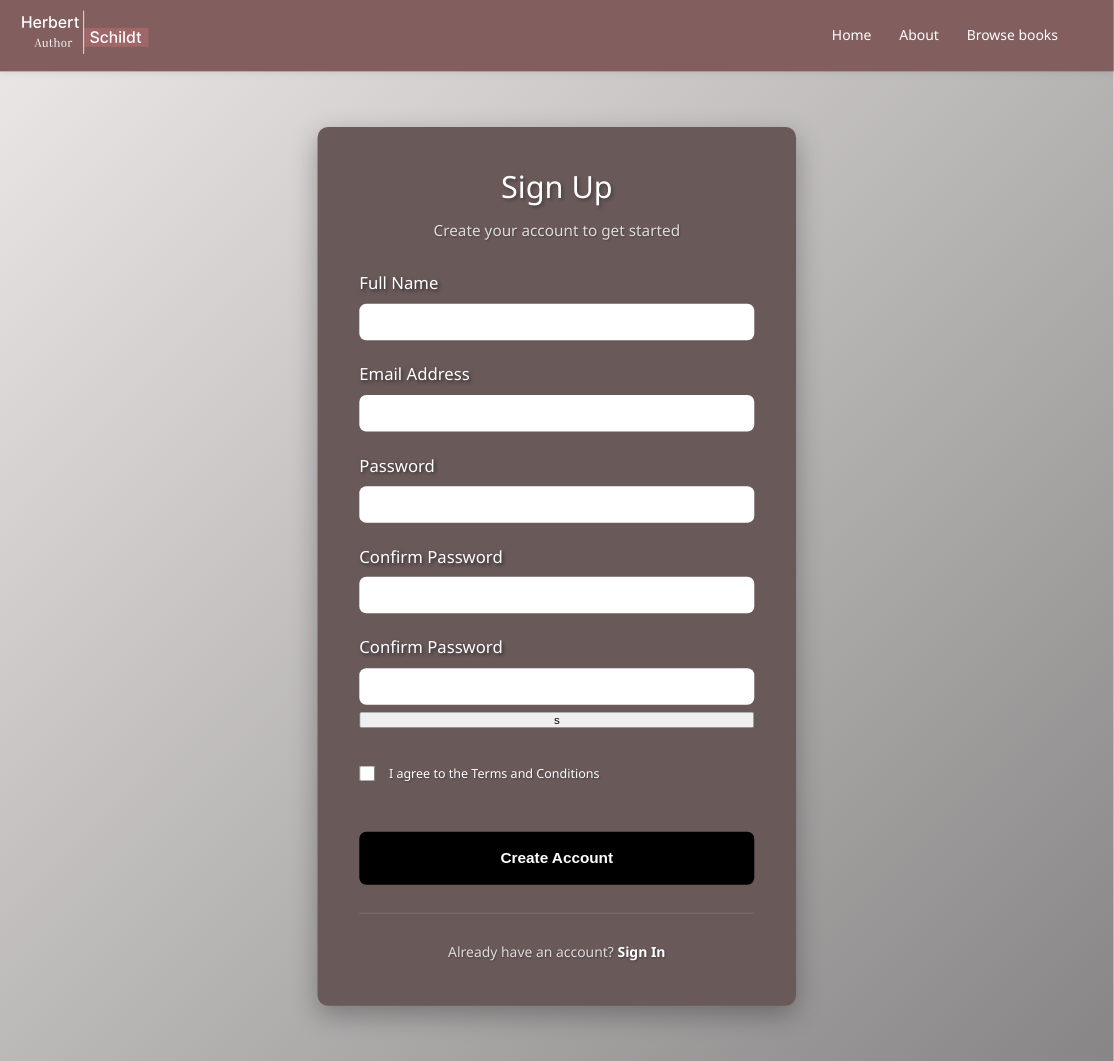
Repository: Darkrepo23/Author-Website-
Page: pages/signup.html
These files come from the project's save history. The page is drawn as it stood at one moment and after the next save; the edit follows.
The browser window is 1280 px wide. The pictures show the whole page, at 87% of full size.

Above is the page before, as saved 2025-09-23 12:55:27.
Console error: SyntaxError: Unexpected token ':'

### pages/signup.html
<!DOCTYPE html>
<html lang="en">

<head>
    <meta charset="UTF-8">
    <meta name="viewport" content="width=device-width, initial-scale=1.0">
    <title>Sign Up - Herbert Schildt</title>
    <link rel="stylesheet" href="../css/styles.css">
    <link rel="stylesheet" href="../css/login.css">
    <link href="https://cdnjs.cloudflare.com/ajax/libs/font-awesome/6.0.0/css/all.min.css" rel="stylesheet">
</head>

<body>
    <!-- Header -->
    <header class="header">
        <div class="header-left">
            <div class="logo">
                <img src="../img/logo-white.svg" alt="Herbert Schildt Logo" class="logo-image">
            </div>
        </div>
        <nav class="nav">
            <a href="../index.html" class="nav-link">Home</a>
            <a href="About/about.html" class="nav-link">About</a>
            <a href="../browse-book.html" class="nav-link">Browse books</a>
        </nav>
    </header>

    <!-- Main Content -->
    <main class="main-content">
        <div class="login-container">
            <div class="login-card">
                <h2 class="login-title">Sign Up</h2>
                <p class="login-subtitle">Create your account to get started</p>

                <form class="login-form" id="signupForm">
                    <div class="form-group">
                        <label for="fullName">Full Name</label>
                        <input type="text" id="fullName" name="fullName" required>
                    </div>

                    <div class="form-group">
                        <label for="email">Email Address</label>
                        <input type="email" id="email" name="email" required>
                    </div>

                    <div class="form-group">
                        <label for="password">Password</label>
                        <input type="password" id="password" name="password" required>
                    </div>

                    <div class="form-group">
                        <label for="confirmPassword">Confirm Password</label>
                        <input type="password" id="confirmPassword" name="confirmPassword" required>
                    </div>

                    <div class="form-group">
                        <label for="OTP-confirmation">Confirm Password</label>
                        <input type="password" id="OTP-confirmation" name="confirmPassword" required>
                        <button>s</button>
                    </div>

                    <div class="form-options">
                        <label class="checkbox-label">
                            <input type="checkbox" id="agree" name="agree" required>
                            <span class="checkmark"></span>
                            I agree to the Terms and Conditions
                        </label>
                    </div>

                    <button type="submit" class="login-btn">Create Account</button>
                </form>

                <div class="signup-link">
                    <p>Already have an account? <a href="login.html">Sign In</a></p>
                </div>
            </div>
        </div>
    </main>

    <script src="../js/signup.js"></script>
    <script>
        // localStorage.removeItem('users')

    </script>
</body>

</html>

### css/styles.css
/* Reset and Base Styles */
* {
    margin: 0;
    padding: 0;
    box-sizing: border-box;
}

body {
    font-family: 'Segoe UI', Tahoma, Geneva, Verdana, sans-serif;
    line-height: 1.6;
    color: #333;
    background: linear-gradient(135deg, #EDE9E9, #878585);
}

/* Header Styles */
.header {
    background: #825E5E;
    color: white;
    padding: 1rem 2rem;
    display: flex;
    align-items: center;
    box-shadow: 0 2px 10px rgba(0,0,0,0.1);
}

.header-left .logo {
    display: flex;
    align-items: center;
    gap: 0.1rem;
    margin-left: -0.5rem;
    transform: translateY(-0.25rem);
}

.logo-image {
    height: 50px;
    width: auto;
    object-fit: contain;
}

.logo-left {
    display: flex;
    flex-direction: column;
    align-items: center;
}

.logo-left h1 {
    font-size: 1rem;
    font-weight: bold;
    margin: 0;
    transform: translateY(0.1rem);
}

.logo-left span {
    font-size: 0.6rem;
    opacity: 0.8;
    margin: 0;
    margin-left: 0;
    transform: translateY(0);
    text-align: center;
}

.logo-separator {
    font-size: 1.1rem;
    font-weight: 300;
    opacity: 0.7;
    margin: 0 0.1rem;
    transform: scaleY(2.5);
}

.logo-right h2 {
    font-size: 1rem;
    font-weight: bold;
    margin: 0;
    background: #B8860B;
    padding: 0.1rem 0.3rem;
    border-radius: 4px;
    transform: translateY(0.8rem);
}

.nav {
    display: flex;
    gap: 2rem;
    margin-left: auto;
    margin-right: 2rem;
}

.nav-link {
    color: white;
    text-decoration: none;
    font-weight: 500;
    transition: opacity 0.3s;
}

.nav-link:hover {
    opacity: 0.8;
}

.header-right {
    display: flex;
    align-items: center;
    gap: 2rem;
}

.cart-icon {
    position: relative;
    cursor: pointer;
    font-size: 1.5rem;
    transition: transform 0.3s;
}

.cart-icon:hover {
    transform: scale(1.1);
}

.cart-count {
    position: absolute;
    top: -8px;
    right: -8px;
    background: #dc3545;
    color: white;
    border-radius: 50%;
    width: 20px;
    height: 20px;
    display: flex;
    align-items: center;
    justify-content: center;
    font-size: 0.8rem;
    font-weight: bold;
}

.user-profile {
    display: flex;
    align-items: center;
    gap: 1rem;
}

.user-avatar {
    width: 40px;
    height: 40px;
    background: rgba(255,255,255,0.2);
    border-radius: 50%;
    display: flex;
    align-items: center;
    justify-content: center;
    font-size: 1.2rem;
}

.user-info {
    display: flex;
    flex-direction: column;
}

.user-name {
    font-weight: 600;
    font-size: 0.9rem;
}

.user-status {
    font-size: 0.8rem;
    opacity: 0.8;
}

/* Main Content Styles */
.main-content {
    max-width: 1200px;
    margin: 0 auto;
    padding: 2rem;
}

.section-title {
    font-size: 2.5rem;
    font-weight: bold;
    text-align: center;
    margin-bottom: 1rem;
    color: #2c3e50;
}

.section-description {
    text-align: center;
    font-size: 1.1rem;
    color: #666;
    margin-bottom: 2rem;
    max-width: 600px;
    margin-left: auto;
    margin-right: auto;
}

/* Browse Section */
.browse-section {
    text-align: center;
    margin-bottom: 4rem;
}

.search-container {
    display: flex;
    justify-content: center;
    gap: 0.5rem;
    max-width: 500px;
    margin: 0 auto;
}

.search-input {
    flex: 1;
    padding: 1rem;
    border: 2px solid #ddd;
    border-radius: 8px;
    font-size: 1rem;
    outline: none;
    transition: border-color 0.3s;
}

.search-input:focus {
    border-color: #8B4513;
}

.search-btn {
    background: #dc3545;
    color: white;
    border: none;
    padding: 1rem 1.5rem;
    border-radius: 8px;
    cursor: pointer;
    font-size: 1rem;
    transition: background-color 0.3s;
}

.search-btn:hover {
    background: #c82333;
}

/* Languages Section */
.languages-section {
    margin-bottom: 4rem;
}

.languages-section .section-title {
    font-size: 2rem;
    margin-bottom: 2rem;
}

.language-cards {
    display: flex;
    justify-content: center;
    gap: 2rem;
    max-width: 900px;
    margin: 0 auto;
    flex-wrap: wrap;
}

.language-card {
    background: #495057;
    color: white;
    padding: 2rem;
    border-radius: 12px;
    text-align: center;
    cursor: pointer;
    transition: transform 0.3s, box-shadow 0.3s;
}

.language-card:hover {
    transform: translateY(-5px);
    box-shadow: 0 10px 25px rgba(0,0,0,0.2);
}

.language-icon {
    font-size: 3rem;
    margin-bottom: 1rem;
    color: white;
    display: flex;
    align-items: center;
    justify-content: center;
}

.language-card h4 {
    font-size: 1.5rem;
    margin-bottom: 0.5rem;
}

.language-card p {
    opacity: 0.9;
    font-size: 1rem;
}

/* Featured Books Section */
.featured-section {
    margin-bottom: 4rem;
}

.featured-section .section-title {
    font-size: 2rem;
    margin-bottom: 2rem;
}

.books-grid {
    display: grid;
    grid-template-columns: repeat(auto-fit, minmax(350px, 1fr));
    gap: 2rem;
    margin-bottom: 2rem;
    justify-items: center;
    max-width: 1200px;
    margin-left: auto;
    margin-right: auto;
}

.book-card {
    background: white;
    border-radius: 12px;
    overflow: hidden;
    box-shadow: 0 5px 15px rgba(0,0,0,0.1);
    transition: transform 0.3s, box-shadow 0.3s;
    width: 100%;
    max-width: 350px;
    min-height: 500px;
    display: flex;
    flex-direction: column;
}

.book-card:hover {
    transform: translateY(-5px);
    box-shadow: 0 15px 30px rgba(0,0,0,0.15);
}

.book-cover {
    height: 200px;
    min-height: 200px;
    max-height: 200px;
    display: flex;
    align-items: center;
    justify-content: center;
    color: white;
    font-weight: bold;
    text-align: center;
    padding: 1rem;
    position: relative;
    flex-shrink: 0;
}

.book-cover.java {
    background: linear-gradient(135deg, #dc3545, #c82333);
}

.book-cover.c {
    background: linear-gradient(135deg, #fd7e14, #e55a00);
}

.book-cover.cpp {
    background: repeating-linear-gradient(
        45deg,
        #000,
        #000 10px,
        #fff 10px,
        #fff 20px
    );
    color: #000;
}

.book-cover.csharp {
    background: linear-gradient(135deg, #68217A, #512BD4);
}

.book-cover.python {
    background: linear-gradient(135deg, #3776AB, #FFD43B);
    color: #000;
}

.book-banner {
    position: absolute;
    top: 10px;
    right: 10px;
    background: #dc3545;
    color: white;
    padding: 0.25rem 0.5rem;
    border-radius: 4px;
    font-size: 0.8rem;
    font-weight: bold;
}

.book-info {
    padding: 1.5rem;
    flex: 1;
    display: flex;
    flex-direction: column;
    justify-content: space-between;
}

.book-title {
    font-size: 1.3rem;
    font-weight: bold;
    margin-bottom: 0.5rem;
    color: #2c3e50;
}

.book-description {
    color: #666;
    margin-bottom: 1rem;
    line-height: 1.5;
}

.book-rating {
    display: flex;
    align-items: center;
    gap: 0.5rem;
    margin-bottom: 1rem;
}

.stars {
    color: #ffc107;
}

.rating-score {
    font-weight: bold;
    color: #2c3e50;
}

.book-price {
    font-size: 1.5rem;
    font-weight: bold;
    color: #2c3e50;
    margin-bottom: 1rem;
}

.book-actions {
    display: flex;
    gap: 1rem;
    margin-top: auto;
}

.preview-btn {
    background: white;
    color: #2c3e50;
    border: 2px solid #ddd;
    padding: 0.75rem 1.5rem;
    border-radius: 8px;
    cursor: pointer;
    font-weight: 500;
    transition: all 0.3s;
    display: flex;
    align-items: center;
    gap: 0.5rem;
}

.preview-btn:hover {
    border-color: #8B4513;
    color: #8B4513;
}

.add-to-cart-btn {
    background: #dc3545;
    color: white;
    border: none;
    padding: 0.75rem 1.5rem;
    border-radius: 8px;
    cursor: pointer;
    font-weight: 500;
    transition: background-color 0.3s;
    display: flex;
    align-items: center;
    gap: 0.5rem;
    flex: 1;
}

.add-to-cart-btn:hover {
    background: #c82333;
}

.load-more-btn {
    background: #dc3545;
    color: white;
    border: none;
    padding: 1rem 2rem;
    border-radius: 8px;
    cursor: pointer;
    font-size: 1rem;
    font-weight: 500;
    transition: background-color 0.3s;
    display: block;
    margin: 0 auto;
}

.load-more-btn:hover {
    background: #c82333;
}

/* Footer Styles */
.footer {
    background: #495057;
    color: white;
    padding: 3rem 2rem 1rem;
}

.footer-content {
    max-width: 1200px;
    margin: 0 auto;
    display: grid;
    grid-template-columns: 1fr 1fr;
    gap: 3rem;
    margin-bottom: 2rem;
}

.footer-left h4,
.footer-right h4 {
    font-size: 1.5rem;
    margin-bottom: 1rem;
    color: #fff;
}

.footer-left p {
    margin-bottom: 1.5rem;
    line-height: 1.6;
    opacity: 0.9;
}

.social-icons {
    display: flex;
    gap: 1rem;
}

.social-icon {
    width: 40px;
    height: 40px;
    background: #000;
    border-radius: 50%;
    display: flex;
    align-items: center;
    justify-content: center;
    color: white;
    text-decoration: none;
    transition: background-color 0.3s;
}

.social-icon:hover {
    background: #dc3545;
}

.contact-info {
    display: flex;
    flex-direction: column;
    gap: 1rem;
}

.contact-item {
    display: flex;
    align-items: center;
    gap: 1rem;
}

.contact-item i {
    width: 20px;
    color: #dc3545;
}

.footer-bottom {
    text-align: center;
    padding-top: 2rem;
    border-top: 1px solid rgba(255,255,255,0.1);
    opacity: 0.8;
}

/* Modal Styles */
.cart-modal,
.preview-modal {
    display: none;
    position: fixed;
    top: 0;
    left: 0;
    width: 100%;
    height: 100%;
    background: rgba(0,0,0,0.5);
    z-index: 1000;
}

.cart-content,
.preview-content {
    position: absolute;
    top: 50%;
    left: 50%;
    transform: translate(-50%, -50%);
    background: white;
    padding: 2rem;
    border-radius: 12px;
    max-width: 500px;
    width: 90%;
    max-height: 80vh;
    overflow-y: auto;
}

.cart-header,
.preview-header {
    display: flex;
    justify-content: space-between;
    align-items: center;
    margin-bottom: 1.5rem;
    padding-bottom: 1rem;
    border-bottom: 1px solid #ddd;
}

.close-cart,
.close-preview {
    background: none;
    border: none;
    font-size: 1.5rem;
    cursor: pointer;
    color: #666;
}

.close-cart:hover,
.close-preview:hover {
    color: #dc3545;
}

.cart-items {
    margin-bottom: 1.5rem;
}

.cart-item {
    display: flex;
    justify-content: space-between;
    align-items: center;
    padding: 1rem 0;
    border-bottom: 1px solid #eee;
}

.cart-item-info h5 {
    margin-bottom: 0.25rem;
}

.cart-item-price {
    font-weight: bold;
    color: #dc3545;
}

.remove-item {
    background: #dc3545;
    color: white;
    border: none;
    padding: 0.5rem;
    border-radius: 4px;
    cursor: pointer;
    font-size: 0.8rem;
}

.cart-total {
    font-size: 1.2rem;
    font-weight: bold;
    text-align: right;
    margin-bottom: 1rem;
    padding-top: 1rem;
    border-top: 2px solid #ddd;
}

.checkout-btn {
    background: #28a745;
    color: white;
    border: none;
    padding: 1rem 2rem;
    border-radius: 8px;
    cursor: pointer;
    font-size: 1rem;
    font-weight: 500;
    width: 100%;
    transition: background-color 0.3s;
}

.checkout-btn:hover {
    background: #218838;
}

/* Responsive Design */
@media (max-width: 768px) {
    .header {
        flex-direction: column;
        gap: 1rem;
        padding: 1rem;
    }

    .header-right {
        gap: 1rem;
    }

    .main-content {
        padding: 1rem;
    }

    .section-title {
        font-size: 2rem;
    }

    .language-cards {
        flex-direction: column;
        align-items: center;
        gap: 1.5rem;
    }

    .books-grid {
        grid-template-columns: 1fr;
        justify-items: center;
    }

    .footer-content {
        grid-template-columns: 1fr;
        gap: 2rem;
    }

    .search-container {
        flex-direction: column;
    }

    .book-actions {
        flex-direction: column;
    }
}

@media (max-width: 480px) {
    .header {
        padding: 0.5rem;
    }

    .logo-left h1 {
        font-size: 1.2rem;
    }

    .logo-right h2 {
        font-size: 1.1rem;
    }

    .logo-separator {
        font-size: 1.5rem;
    }

    .main-content {
        padding: 0.5rem;
    }

    .section-title {
        font-size: 1.5rem;
    }

    .cart-content,
    .preview-content {
        width: 95%;
        padding: 1rem;
    }
}

### css/login.css
/* Login Page Styles */
.login-container {
    display: flex;
    justify-content: center;
    align-items: center;
    min-height: calc(100vh - 200px);
    padding: 2rem;
}

.login-card {
    background: #695959;
    color: white;
    padding: 2.5rem 3rem 3rem 3rem;
    border-radius: 12px;
    box-shadow: 0 10px 30px rgba(0, 0, 0, 0.3);
    width: 100%;
    max-width: 550px;
}

.login-title {
    font-size: 2.2rem;
    font-weight: 500;
    text-align: center;
    margin-bottom: 0.5rem;
    color: white;
    text-shadow: 2px 2px 4px rgba(0, 0, 0, 0.3);
}

.login-subtitle {
    text-align: center;
    color: rgba(255, 255, 255, 0.8);
    margin-bottom: 2rem;
    font-size: 1.1rem;
    text-shadow: 1px 1px 2px rgba(0, 0, 0, 0.3);
}

.login-form {
    display: flex;
    flex-direction: column;
    gap: 1.5rem;
}

.form-group {
    display: flex;
    flex-direction: column;
    gap: 0.5rem;
}

.form-group label {
    font-weight: 500;
    color: white;
    font-size: 1.2rem;
    text-shadow: 2px 2px 4px rgba(0, 0, 0, 0.5);
}

.form-group input {
    padding: 0.75rem;
    border: none;
    border-radius: 8px;
    font-size: 1rem;
    background: white;
    color: #333;
    transition: box-shadow 0.3s;
}

.form-group input:focus {
    outline: none;
    box-shadow: 0 0 0 3px rgba(139, 69, 19, 0.3);
}

.form-options {
    display: flex;
    justify-content: space-between;
    align-items: center;
    margin: 1rem 0;
    position: relative;
}

.checkbox-label {
    display: flex;
    align-items: center;
    gap: 0.5rem;
    cursor: pointer;
    color: white;
    font-size: 0.9rem;
    text-shadow: 1px 1px 2px rgba(0, 0, 0, 0.3);
}

.checkbox-label input[type="checkbox"] {
    width: 18px;
    height: 18px;
    margin: 0;
}

.forgot-link {
    color: #B3B3E8;
    text-decoration: none;
    font-size: 0.9rem;
    transition: color 0.3s;
    text-shadow: 1px 1px 2px rgba(0, 0, 0, 0.3);
}

.forgot-link:hover {
    color: #B3B3E8;
    text-decoration: underline;
}

.login-btn {
    background: #000000;
    color: white;
    border: 4px solid #000000;
    padding: 1rem 2rem;
    border-radius: 8px;
    font-size: 1.1rem;
    font-weight: 900;
    cursor: pointer;
    transition: all 0.3s;
    margin-top: 1rem;
}

.login-btn:hover {
    background: #333333;
}

.signup-link {
    text-align: center;
    margin-top: 2rem;
    padding-top: 2rem;
    border-top: 1px solid rgba(255, 255, 255, 0.2);
}

.signup-link p {
    color: rgba(255, 255, 255, 0.8);
    margin: 0;
    text-shadow: 1px 1px 2px rgba(0, 0, 0, 0.3);
}

.signup-link a {
    color: white;
    text-decoration: none;
    font-weight: 600;
    transition: color 0.3s;
    text-shadow: 1px 1px 2px rgba(0, 0, 0, 0.3);
}

.signup-link a:hover {
    color: white;
    text-decoration: underline;
}








/* Responsive Design */
@media (max-width: 768px) {
    .login-container {
        padding: 1rem;
    }

    .login-card {
        padding: 2rem;
    }

    .login-title {
        font-size: 2rem;
    }

    .form-options {
        flex-direction: column;
        gap: 1rem;
        align-items: flex-start;
    }
}

@media (max-width: 480px) {
    .login-card {
        padding: 1.5rem;
    }

    .login-title {
        font-size: 1.8rem;
    }

    .login-subtitle {
        font-size: 1rem;
    }
}

Loaded but not shown: js/signup.js (147 lines, source omitted)

After the next save:
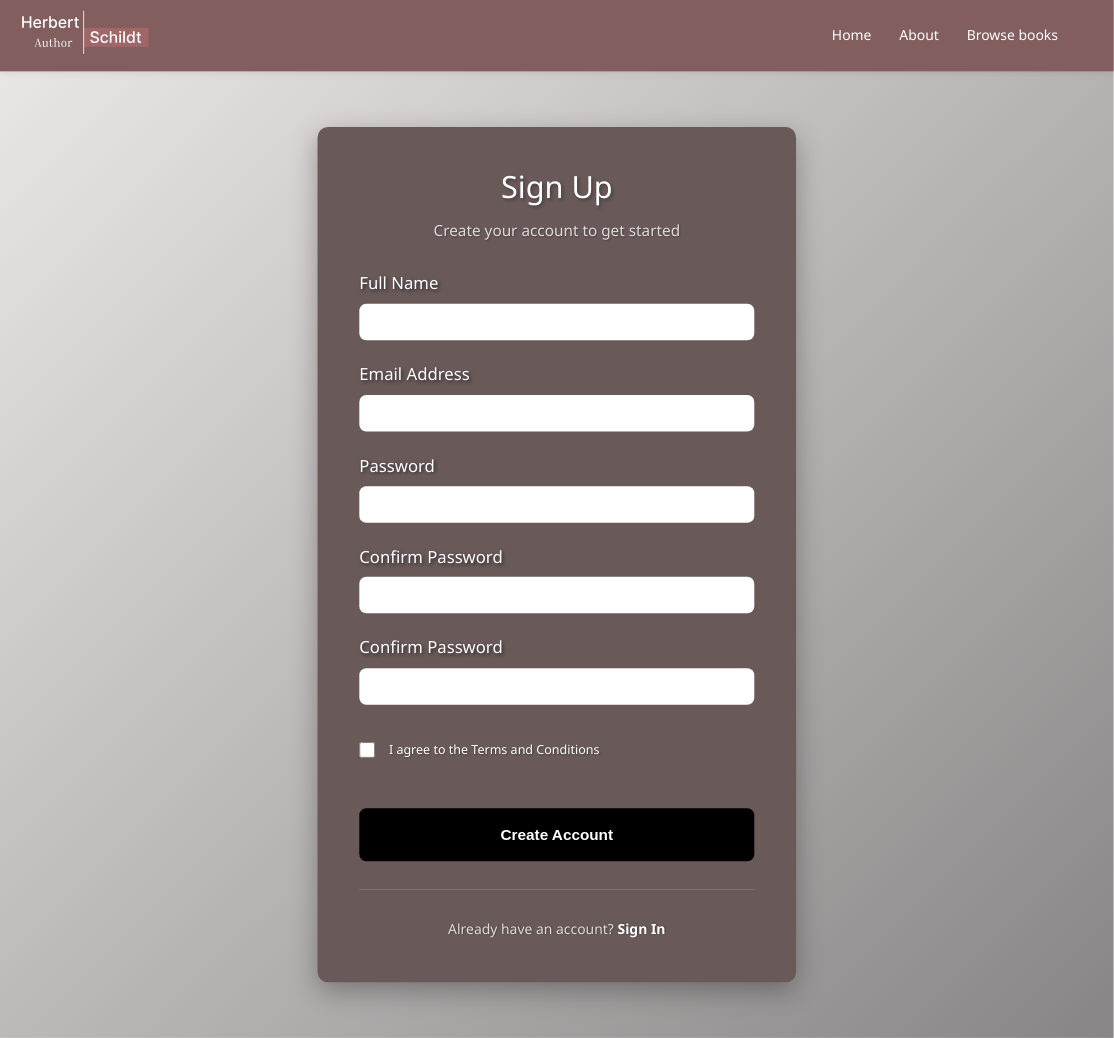
Saved 23 s later.
--- a/pages/signup.html
+++ b/pages/signup.html
@@ -56,7 +56,6 @@
                     <div class="form-group">
                         <label for="OTP-confirmation">Confirm Password</label>
                         <input type="password" id="OTP-confirmation" name="confirmPassword" required>
-                        <button>s</button>
                     </div>
 
                     <div class="form-options">
